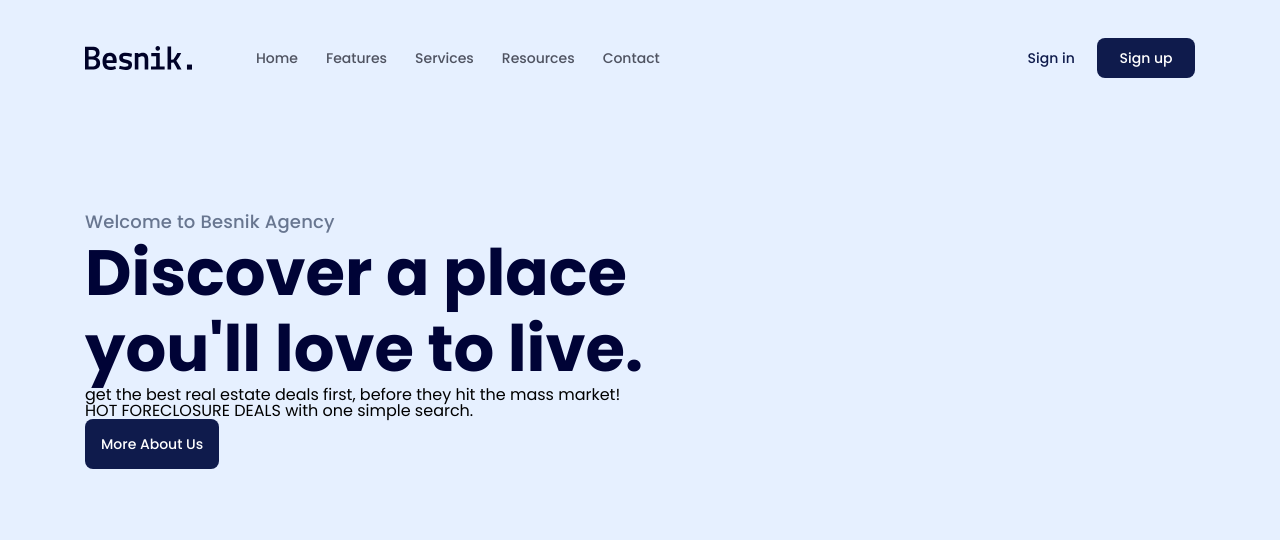
Repository: vancong171001/f8-html-css-01
Page: index.html
These files come from the project's save history. The page is drawn as it stood at one moment and after a run of saves; the edit follows.
The browser window is 1280 px wide. The pictures show the whole page.

Above is the page before, as saved 2025-02-18 16:36:12.

After the next 3 saves:
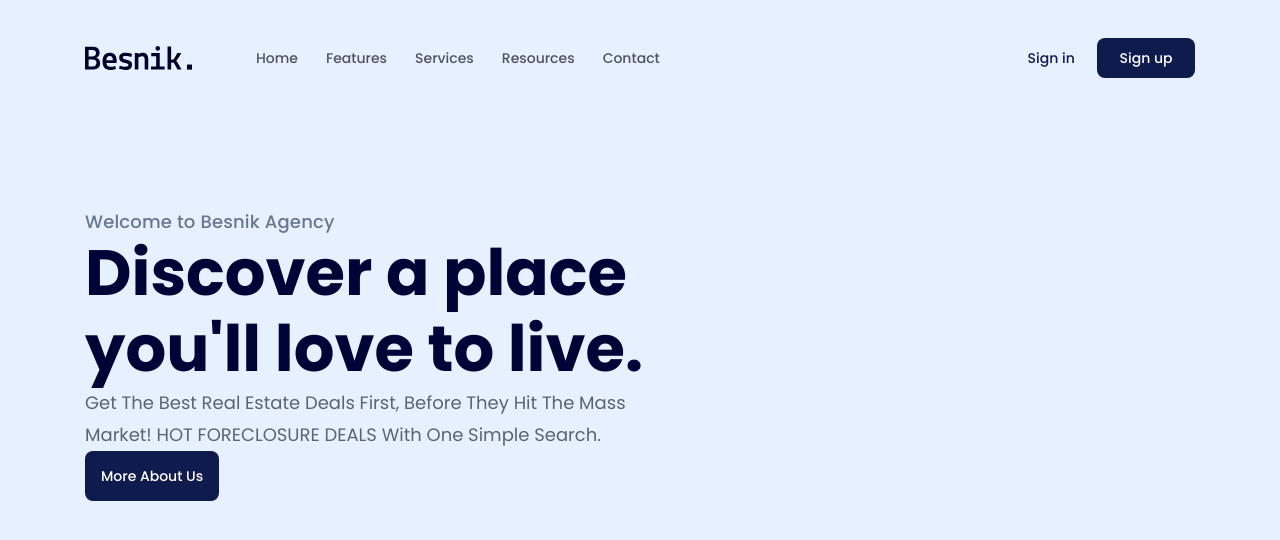
The 3 saves are shown as one change because they came seconds apart.
The last was saved 110 s later.
--- a/assets/css/styles.css
+++ b/assets/css/styles.css
@@ -108,3 +108,11 @@
   font-weight: 700;
   line-height: 1.1875; /* 118.75% */
 }
+
+.hero .desc {
+  color: #5a6473;
+  font-size: 18px;
+  font-weight: 400;
+  line-height: 32px; /* 177.778% */
+  text-transform: capitalize;
+}
